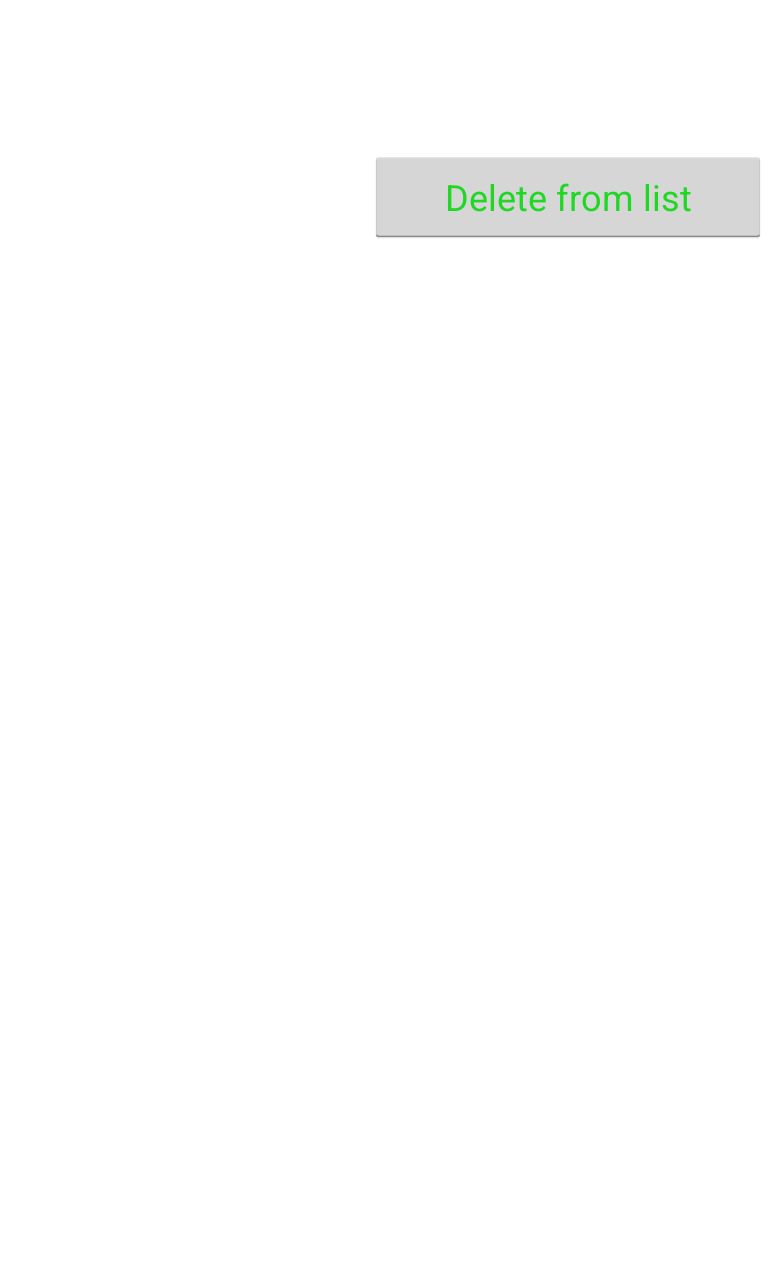
Repository: harvard-lil/wtwba-android-app
Layout: wtwba/res/layout/activity_delete_item.xml
These files come from the project's save history. The layout is drawn as it stood at one moment and after the next save; the edit follows.
It is drawn on a 768 x 1280 px phone screen (xhdpi) without system bars, with theme AppTheme; the app's code is not run.

Above is the layout before, as saved 2013-03-14 20:39:26.

After the next save:
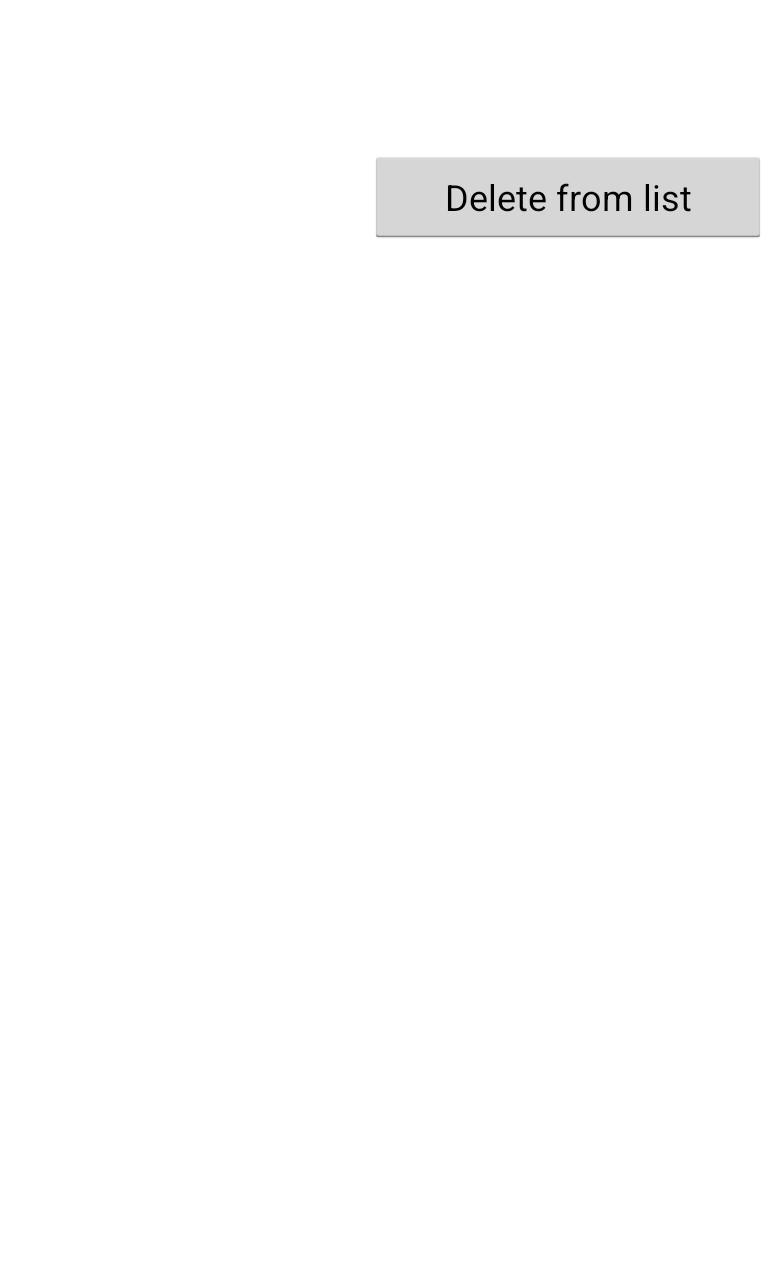
Saved 27 s later.
--- a/wtwba/res/layout/activity_delete_item.xml
+++ b/wtwba/res/layout/activity_delete_item.xml
@@ -18,7 +18,6 @@
         android:layout_width="200dp"
         android:layout_height="wrap_content"
         android:layout_gravity="right"
-        android:textColor="#1fd823"
         android:text="@string/button_confirm_delete"
         android:onClick="deleteItem"/>
 </LinearLayout>
